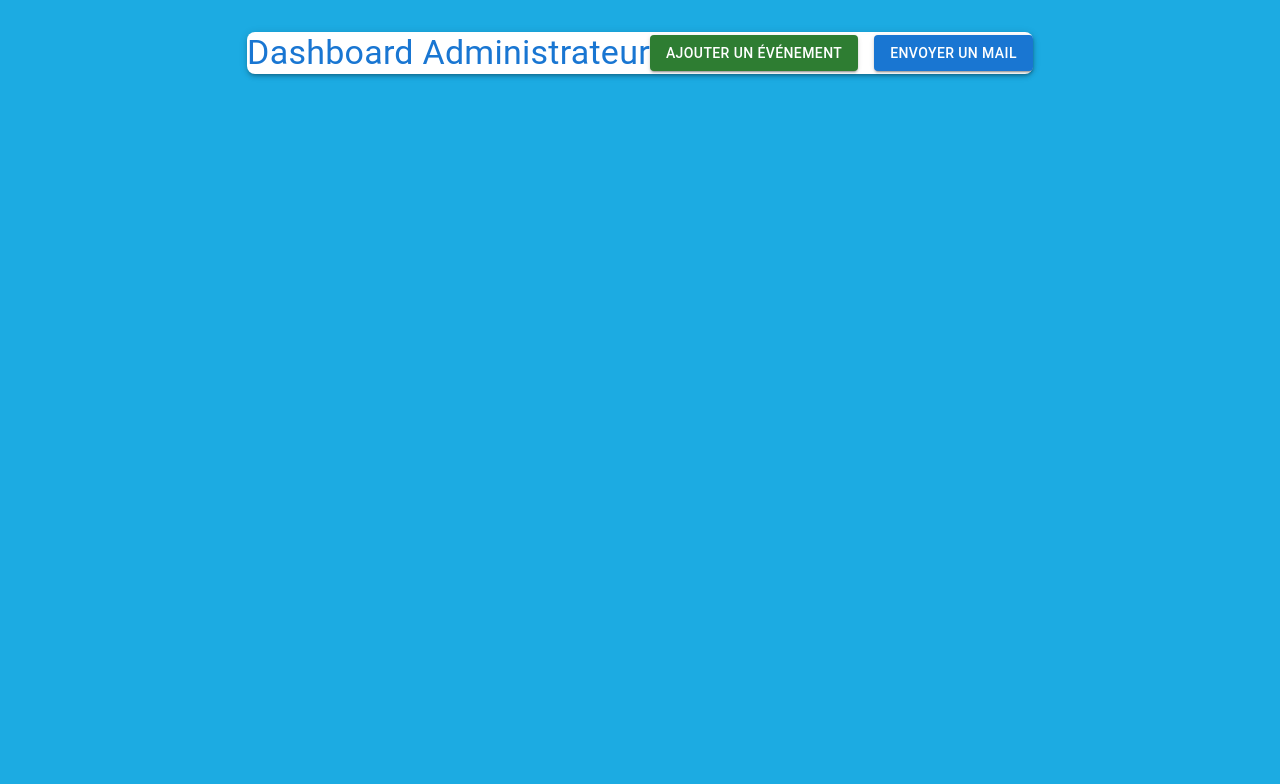
Repository: clement-chn/challenge-48h
Page: /dashboard (app in front/)
The author's editor kept a copy of each file at every save. The page is drawn from the files as they stood at one save, then again after the next save.
The browser window is 1280 px wide. The pictures show the whole page.
The project was rebuilt for these pictures with package versions that can differ from the ones it lists, and the page was loaded fresh each time. Also part of the build but not shown: front/vite.config.js, front/src/Routes/connexion.jsx, front/src/Routes/inscriptions.jsx.

Above is the page before, as saved 2025-04-03 14:08:16.

### front/src/App.jsx
import './App.css'
import { BrowserRouter as Router, Routes, Route, Navigate } from 'react-router-dom'
import Connexion from './Routes/connexion.jsx'
import Dashboard from './Routes/dashboard.jsx'
import Inscription from './Routes/inscriptions.jsx'

function App() {
  return (
    <>
      <Router>
        <div style={{ minHeight: '100vh' }}> {/* Suppression de backgroundColor */}
          <Routes>
            <Route path="/" element={<Connexion />} />
            <Route path="/dashboard" element={<Dashboard />} />
            <Route path="*" element={<Navigate to="/" />} />
          </Routes>
        </div>
      </Router>
    </>
  )
}

export default App

### front/src/App.css
body {
  background-color: #1CABE2; /* Changement de fond */
  margin: 0;
  font-family: Arial, sans-serif;
}

#root {
  max-width: 1280px;
  margin: 0 auto;
  padding: 2rem;
  text-align: center;
}

.logo {
  height: 6em;
  padding: 1.5em;
  will-change: filter;
  transition: filter 300ms;
}
.logo:hover {
  filter: drop-shadow(0 0 2em #646cffaa);
}
.logo.react:hover {
  filter: drop-shadow(0 0 2em #61dafbaa);
}

@keyframes logo-spin {
  from {
    transform: rotate(0deg);
  }
  to {
    transform: rotate(360deg);
  }
}

@media (prefers-reduced-motion: no-preference) {
  a:nth-of-type(2) .logo {
    animation: logo-spin infinite 20s linear;
  }
}

.card {
  padding: 2em;
}

.read-the-docs {
  color: #888;
}

### front/src/Routes/dashboard.jsx
import React, { useState } from 'react';
import { Box, Card, CardContent, IconButton, Typography, Button } from '@mui/material';
import EditIcon from '@mui/icons-material/Edit';
import DeleteIcon from '@mui/icons-material/Delete';
import ModalCreeEvent from '../Components/ModalCreeEvent';
import HeaderSection from '../Components/HeaderSection'; // Import du nouveau composant

const AdminDashboard = () => {
  const [open, setOpen] = useState(false);
  const [events, setEvents] = useState([]);
  const [eventData, setEventData] = useState({
    title: '',
    date: '',
    description: '',
  });
  const [registeredEvents, setRegisteredEvents] = useState([]);

  const handleOpen = () => setOpen(true);
  const handleClose = () => {
    setOpen(false);
    setEventData({ title: '', date: '', description: '' });
  };

  const handleChange = (e) => {
    setEventData({ ...eventData, [e.target.name]: e.target.value });
  };

  const handleSubmit = (e) => {
    e.preventDefault();
    setEvents([...events, { ...eventData, id: Date.now() }]);
    handleClose();
  };

  const handleDelete = (id) => {
    setEvents(events.filter(event => event.id !== id));
    setRegisteredEvents(registeredEvents.filter(eventId => eventId !== id));
  };

  const handleRegister = (id) => {
    if (registeredEvents.includes(id)) {
      setRegisteredEvents(registeredEvents.filter(eventId => eventId !== id));
    } else {
      setRegisteredEvents([...registeredEvents, id]);
    }
  };

  const handleSendMail = () => {
    alert('Mail envoyé !');
  };

  return (
    <div style={{ backgroundColor: '#1CABE2', minHeight: '100vh' }}> {/* Fond principal */}
      <Box sx={{ width: '100%' }}> {/* Conteneur parent pour permettre la largeur complète */}
        {/* Utilisation du composant HeaderSection */}
        <HeaderSection onAddEvent={handleOpen} onSendMail={handleSendMail} />

        {/* Liste des événements */}
        {events.map((event) => (
          <Card key={event.id} sx={{ mb: 2, p: 2, display: 'flex', justifyContent: 'space-between', alignItems: 'center' }}>
            <CardContent>
              <Typography variant="subtitle2" color="textSecondary">
                {event.date}
              </Typography>
              <Typography variant="h6">{event.title}</Typography>
              <Typography variant="body2" color="textSecondary">
                {event.description}
              </Typography>
            </CardContent>
            <Box>
              <IconButton color="primary">
                <EditIcon />
              </IconButton>
              <IconButton color="error" onClick={() => handleDelete(event.id)}>
                <DeleteIcon />
              </IconButton>
              <Button
                variant="contained"
                color={registeredEvents.includes(event.id) ? 'error' : 'primary'}
                onClick={() => handleRegister(event.id)}
                sx={{ ml: 1 }}
              >
                {registeredEvents.includes(event.id) ? 'Se désinscrire' : 'S’inscrire'}
              </Button>
            </Box>
          </Card>
        ))}

        {/* Utilisation du composant ModalCreeEvent */}
        <ModalCreeEvent
          open={open}
          handleClose={handleClose}
          handleSubmit={handleSubmit}
          handleChange={handleChange}
          eventData={eventData}
        />
      </Box>
    </div>
  );
};

export default AdminDashboard;

### front/src/Components/ModalCreeEvent.jsx
import React from 'react';
import { Box, Typography, Modal, TextField, Button } from '@mui/material';

const ModalCreeEvent = ({ open, handleClose, handleSubmit, handleChange, eventData }) => {
  return (
    <Modal open={open} onClose={handleClose} aria-labelledby="modal-title">
      <Box
        sx={{
          position: 'absolute',
          top: '50%',
          left: '50%',
          transform: 'translate(-50%, -50%)',
          width: 400,
          bgcolor: 'background.paper',
          boxShadow: 24,
          p: 4,
          borderRadius: 2,
        }}
      >
        <Typography id="modal-title" variant="h6" sx={{ mb: 2 }}>
          Créer un nouvel événement
        </Typography>

        {/* Formulaire */}
        <form onSubmit={handleSubmit}>
          <TextField
            label="Titre de l'événement"
            name="title"
            fullWidth
            required
            margin="dense"
            value={eventData.title}
            onChange={handleChange}
          />
          <TextField
            label="Date"
            type="date"
            name="date"
            fullWidth
            required
            margin="dense"
            InputLabelProps={{ shrink: true }}
            value={eventData.date}
            onChange={handleChange}
          />
          <TextField
            label="Description"
            name="description"
            fullWidth
            multiline
            rows={3}
            margin="dense"
            value={eventData.description}
            onChange={handleChange}
          />

          <Box sx={{ display: 'flex', justifyContent: 'space-between', mt: 3 }}>
            <Button variant="contained" color="error" onClick={handleClose}>
              Annuler
            </Button>
            <Button variant="contained" color="primary" type="submit">
              Créer
            </Button>
          </Box>
        </form>
      </Box>
    </Modal>
  );
};

export default ModalCreeEvent;

### front/src/Components/HeaderSection.jsx
import React from 'react';
import { Box, Button, Typography } from '@mui/material';

const HeaderSection = ({ onAddEvent, onSendMail }) => {
  return (
    <Box
      sx={{
        backgroundColor: '#ffffff', // Fond blanc
        borderRadius: 2,

        display: 'flex',
        justifyContent: 'space-between',
        alignItems: 'center',
        boxShadow: 3,
        mb: 3,
      }}
    >
      <Typography variant="h4" color="primary">
        Dashboard Administrateur
      </Typography>
      <Box>
        <Button
          variant="contained"
          color="success"
          onClick={onAddEvent}
          sx={{ mr: 2 }}
        >
          Ajouter un événement
        </Button>
        <Button
          variant="contained"
          color="primary"
          onClick={onSendMail}
        >
          Envoyer un mail
        </Button>
      </Box>
    </Box>
  );
};

export default HeaderSection;

Loaded but not shown: front/index.html (common file); front/src/main.jsx (common file); front/src/index.css (common file)

After the next save:
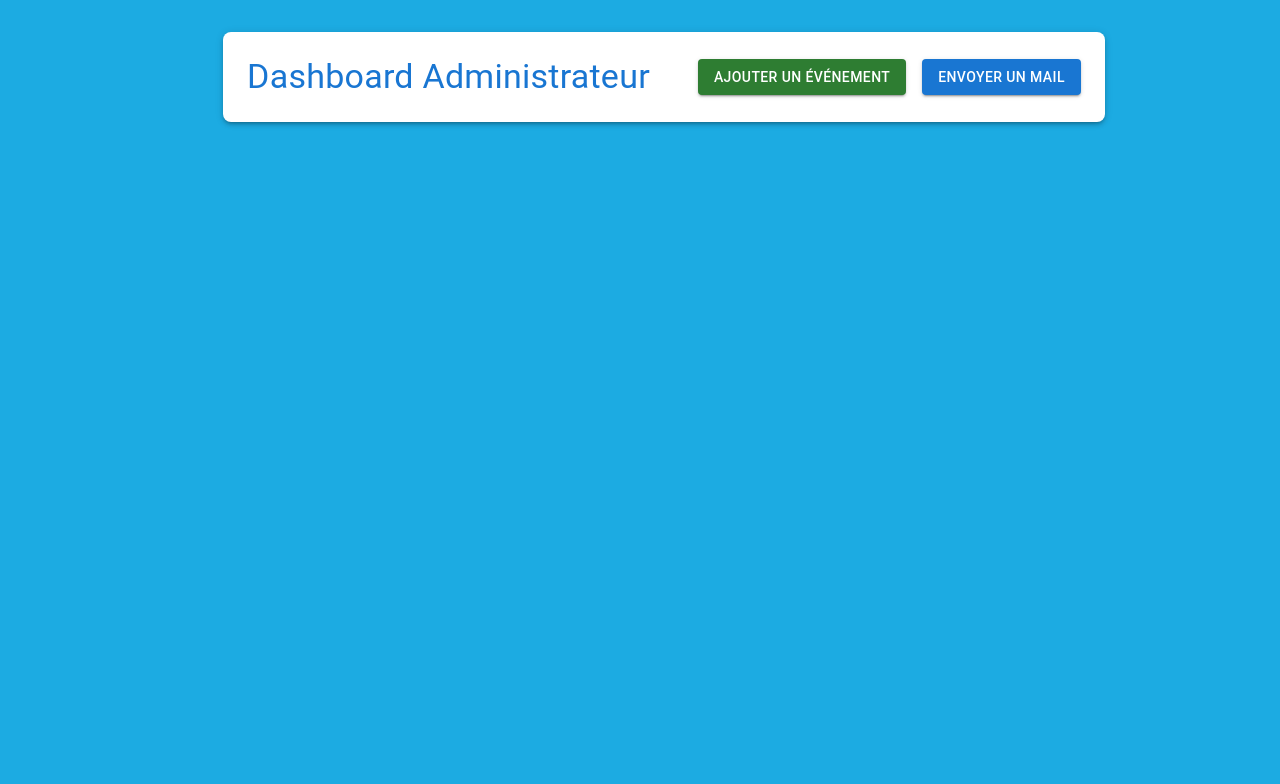
Saved 2 s later.
--- a/front/src/Components/HeaderSection.jsx
+++ b/front/src/Components/HeaderSection.jsx
@@ -7,12 +7,13 @@ const HeaderSection = ({ onAddEvent, onSendMail }) => {
       sx={{
         backgroundColor: '#ffffff', // Fond blanc
         borderRadius: 2,
-
+        width: '100%', // Prendre toute la largeur
         display: 'flex',
         justifyContent: 'space-between',
         alignItems: 'center',
         boxShadow: 3,
         mb: 3,
+        p: 3, // Ajout de padding pour un meilleur espacement
       }}
     >
       <Typography variant="h4" color="primary">
